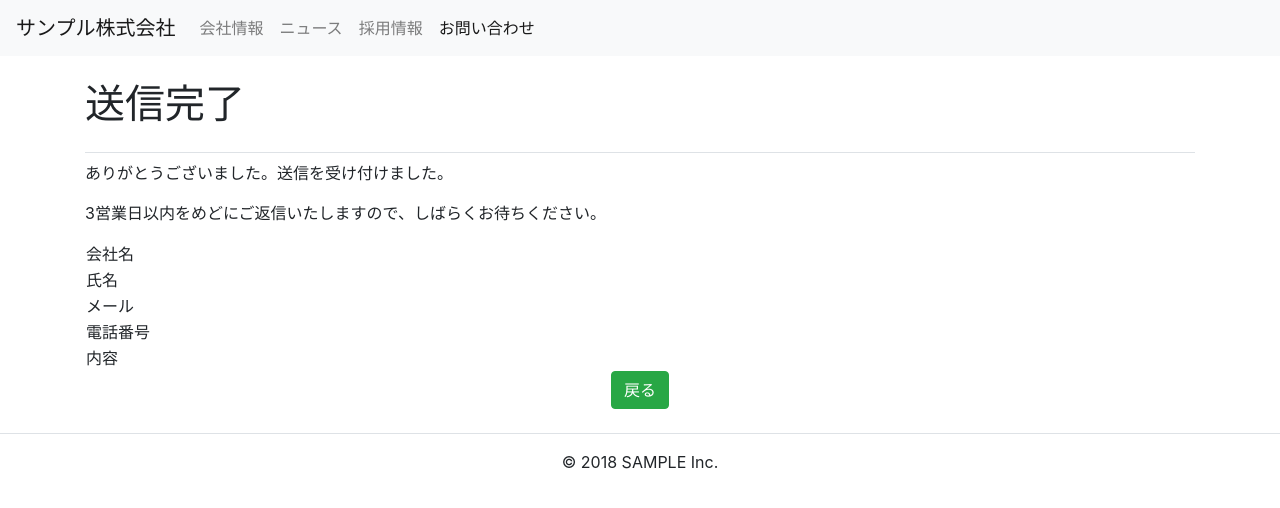
Repository: kazumasatomoto/kadai-tasklist-
Page: complete.html
The author's editor kept a record of every edit. The page is drawn from the files as they stood at one moment, then again after the next edit.
The browser window is 1280 px wide. The pictures show the whole page.
Some web libraries are served in a nearby version.

Above is the page before.

After the next edit:
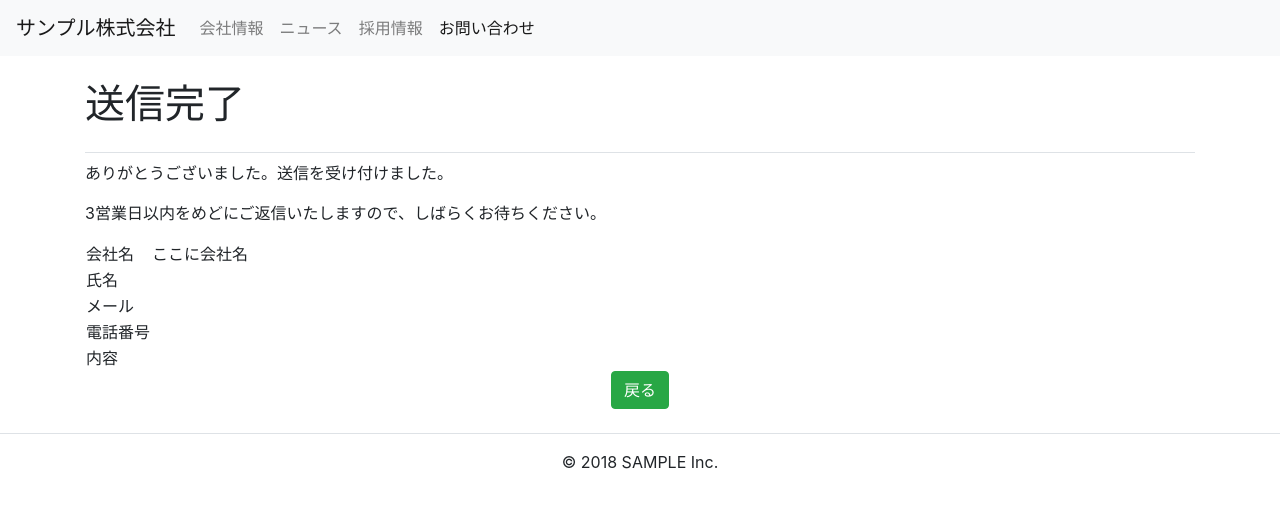
The edit:
--- a/complete.html
+++ b/complete.html
@@ -32,6 +32,7 @@
             <table>
                 <tr>
                     <td>会社名</td>
+                    <td>ここに会社名</td>
                 </tr>
                 <tr>
                     <td>氏名</td>
